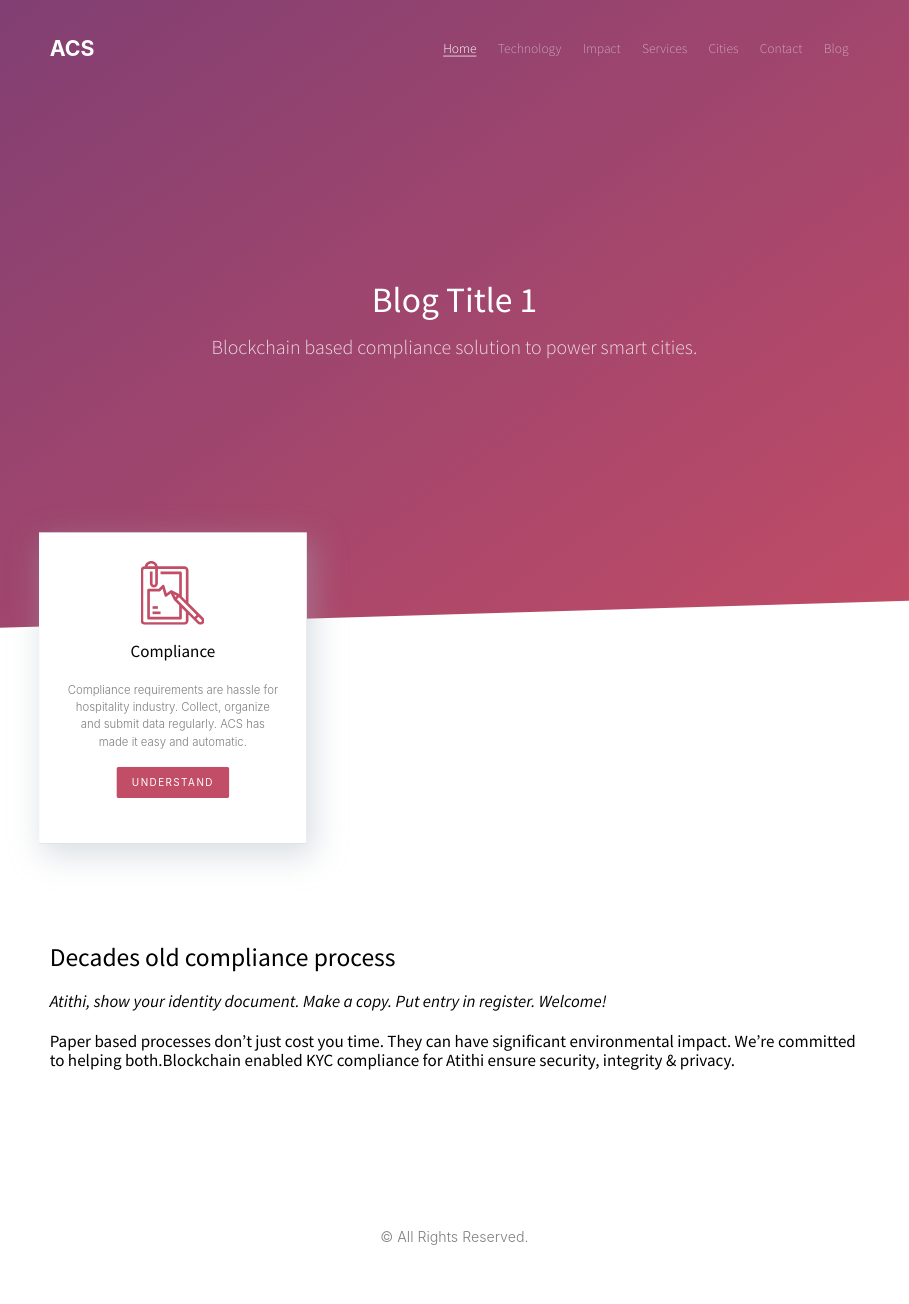
Repository: agarwalrahul-22/acs
Page: /blog
An editor plug-in stored every save of this project. The page is shown before and after a run of saves, followed by the edit.
The browser window is 1280 px wide. The pictures show the whole page, at 71% of full size.
Some web fonts or font styles are not loaded; a fallback is used. The project was rebuilt for these pictures with package versions that can differ from the ones it lists, and the page was loaded fresh each time. Also part of the build but not shown: src/components/main/LandingComponent.js, src/components/main/TechComponent.js, src/components/main/ImpactComponent.js, src/components/main/ServicesComponent.js, src/components/main/CitiesComponent.js, src/components/MainComponent.js.

Above is the page before, as saved 2022-10-10 21:08:34.

After the next 3 saves:
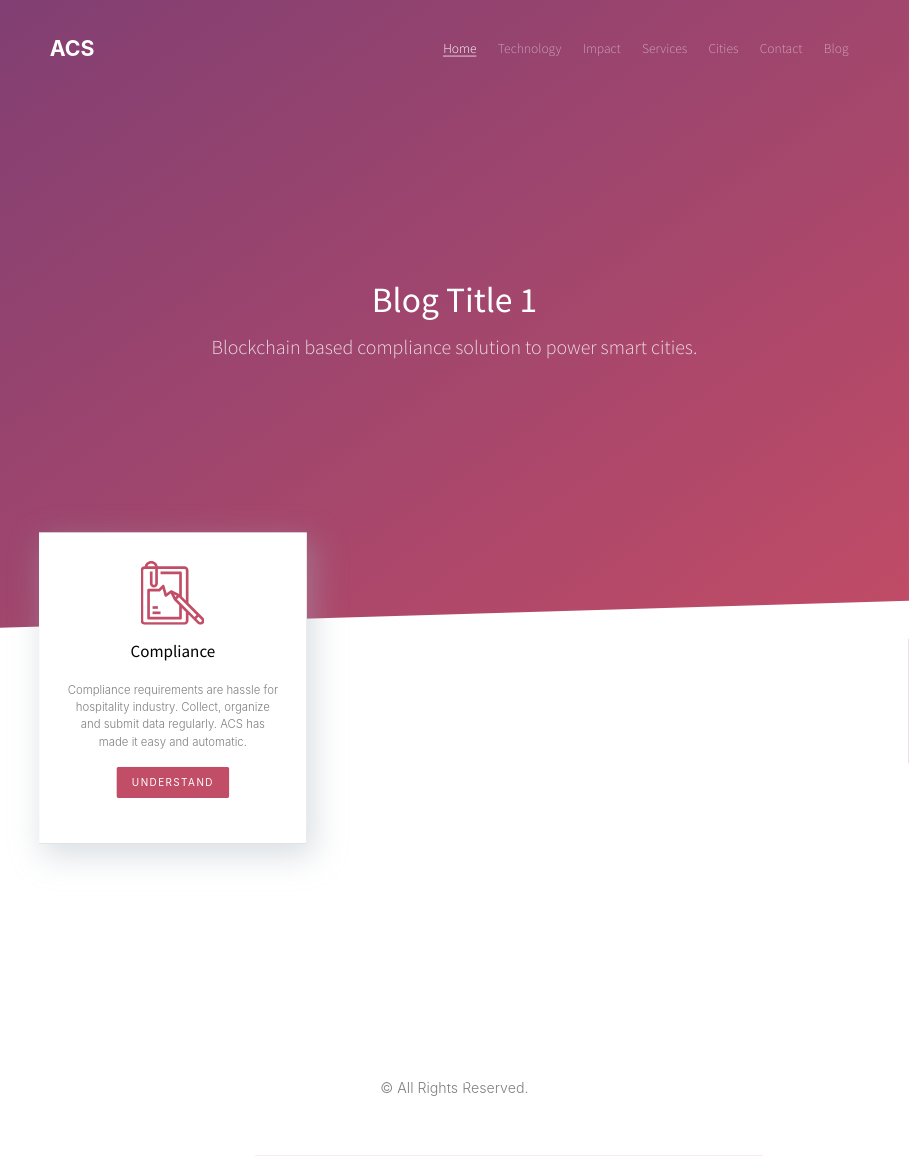
The 3 saves are shown as one change because 2 did not build or start.
The last was saved 43 min 4 s later.
--- a/src/components/BlogComponent.js
+++ b/src/components/BlogComponent.js
@@ -53,22 +53,7 @@ function BlogComponent() {
               </div>
             </div>
           </div>
-          <div>
-            <h1>Decades old compliance process</h1>
-            <h3>
-              <i>
-                Atithi, show your identity document. Make a copy. Put entry in
-                register. Welcome!
-              </i>
-            </h3>
-            <h3>
-              Paper based processes don’t just cost you time. They can have
-              significant environmental impact. We’re committed to helping
-              both.Blockchain enabled KYC compliance for Atithi ensure security,
-              integrity & privacy.
-            </h3>
           </div>
-        </div>
       </section>
     </div>
   );
